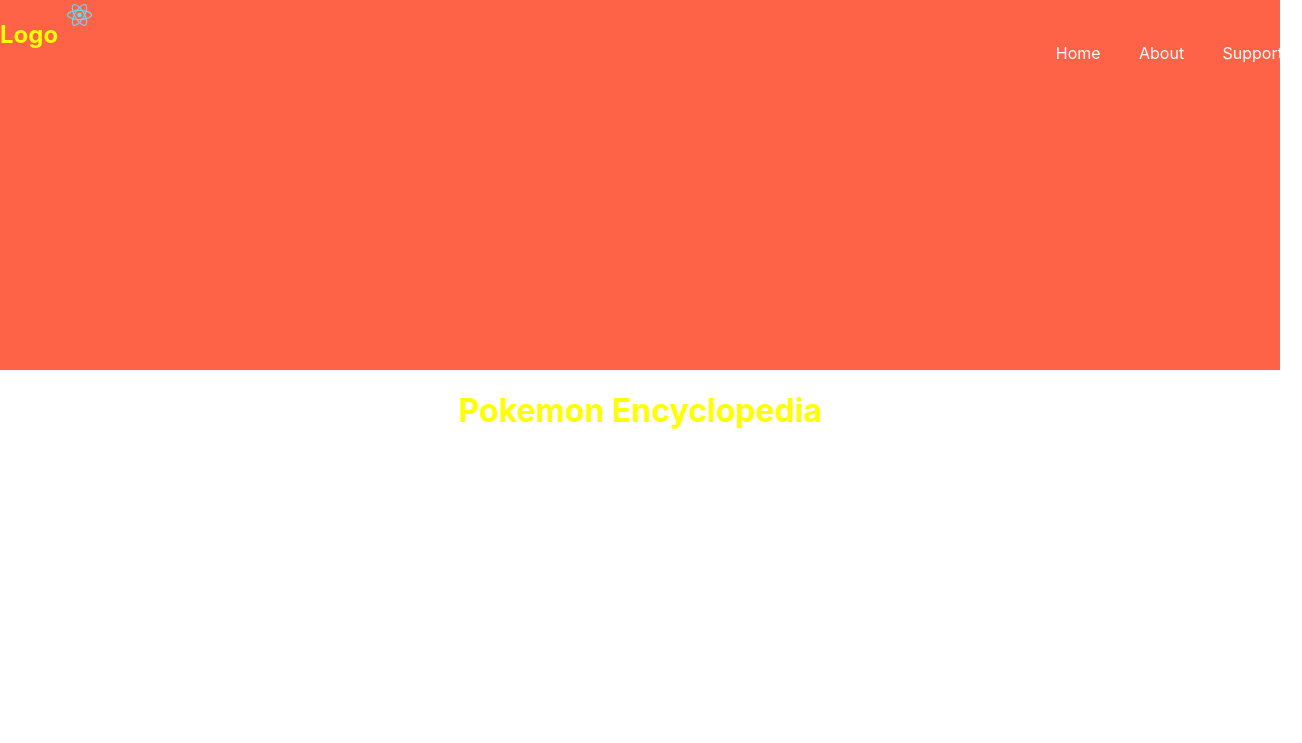
Repository: Gibberlin/pokedex
Page: /
An editor plug-in stored every save of this project. The page is shown before and after the next save, followed by the edit.
The browser window is 1280 px wide. The page is 1302 px wide, so the pictures cover 1302 px, including what lies to the right of the window. The pictures show the whole page.
The project was rebuilt for these pictures with package versions that can differ from the ones it lists, and the page was loaded fresh each time.

Above is the page before, as saved 2021-09-28 23:03:08.

### src/App.js
import logo from './logo.svg';
import Nav from "./components/Nav"
import './App.css';

function App() {
  return (
    <div>
    <Nav />
    <h1>Pokemon Encyclopedia</h1>

    </div>
  );
}

export default App;

### src/components/Nav.js
import React from 'react'
import logo from "../logo.svg";
import "../App.css";
const Nav = () => {
    return (
        <nav>
        <h1>Logo</h1>
            <img src={logo} alt="Poke" height="30px"/>

            <ul>
                <li>Home</li>
                <li>About</li>
                <li>Support</li>
            </ul>
        </nav>
    )
}

export default Nav

### src/App.css
ul {
  margin-left: 70%;
  list-style-type: none;
  display: flex;
}
li {
  margin: 0.2rem;
  padding: 1.5rem 1rem 1.5rem 1rem;
  cursor: pointer;
  border-radius: 5px;
}
nav {
  display: flex;
  background: tomato;
  color: #fff;
}
li:hover {
  color: #18f;
  background-color: #fff;
}
h1 {
  text-align: center;
  height: 330px;
  color: yellow;
  background-color: linear-gradient(45 deg, red, blue);
}

Loaded but not shown: public/index.html (common file); src/index.js (common file); src/index.css (common file)

After the next save:
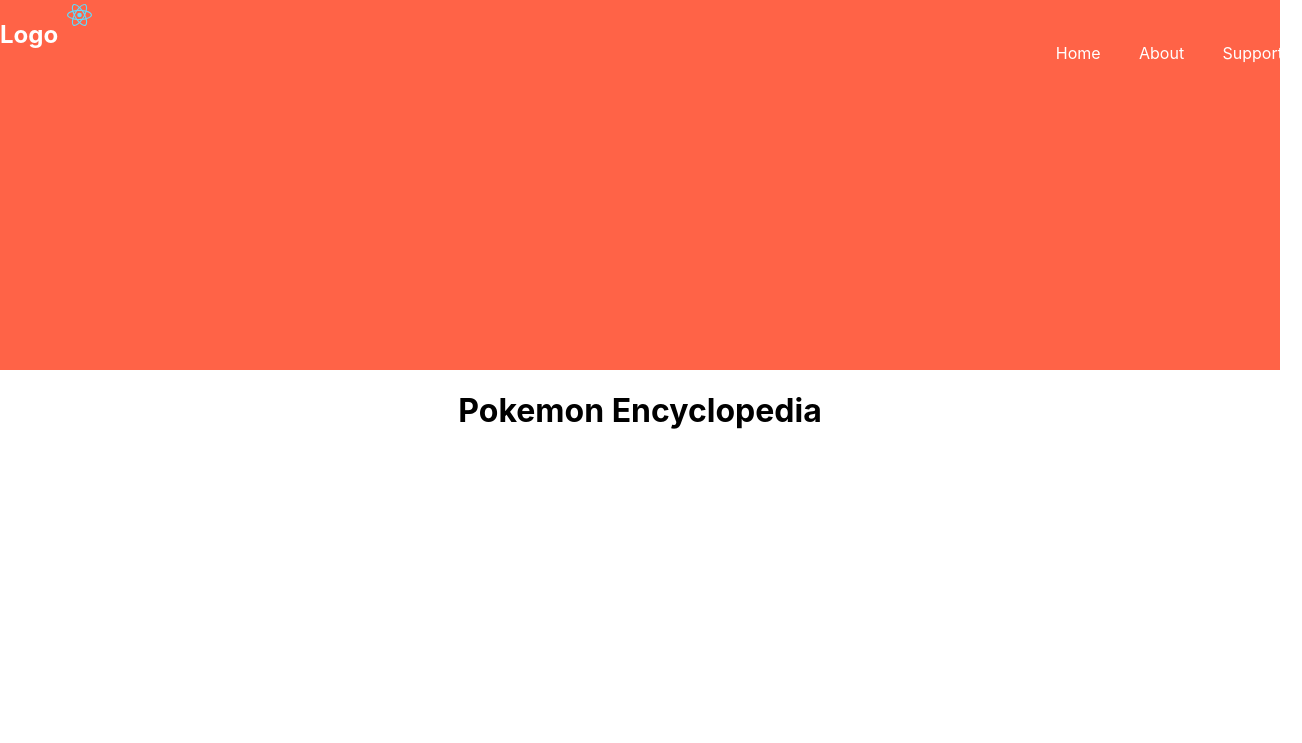
Saved 38 s later.
--- a/src/App.css
+++ b/src/App.css
@@ -21,6 +21,6 @@
 h1 {
   text-align: center;
   height: 330px;
-  color: yellow;
+
   background-color: linear-gradient(45 deg, red, blue);
 }
